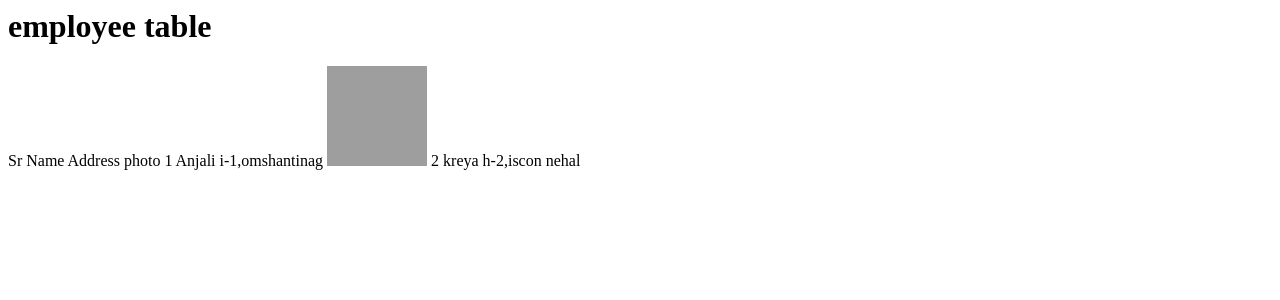
Repository: pratixa-chauhan/practice
Page: style/table2.html
These files come from the project's save history. The page is drawn as it stood at one moment and after the next save; the edit follows.
The browser window is 1280 px wide. The pictures show the whole page.
Pictures or frames that could not be fetched are drawn as grey boxes.

Above is the page before, as saved 2021-12-16 16:51:22.

After the next save:
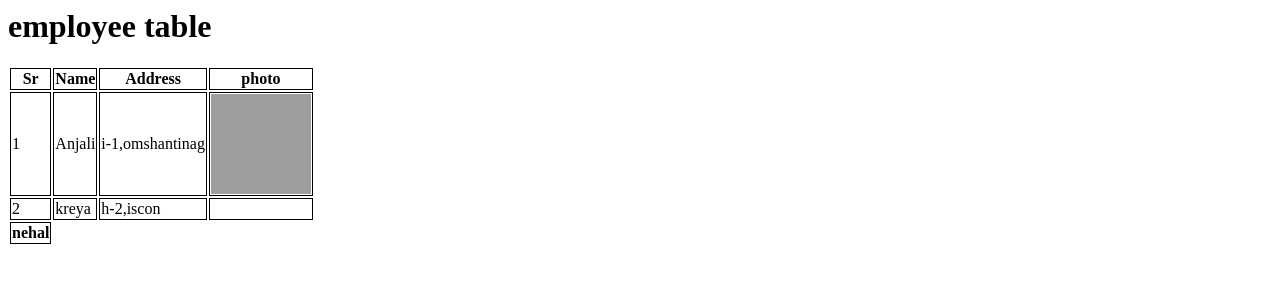
Saved 2 min 40 s later.
--- a/style/table2.html
+++ b/style/table2.html
@@ -7,7 +7,7 @@
 
     </style>
     <h1>employee table</h1>
-    <table style="withd:500%"></table>
+    <table style="withd:100%">
     <tr>
         <th>Sr</th>
         <th>Name</th>
@@ -31,5 +31,7 @@
 
         <th>nehal</th>
     </tr>
+    </table>
+
 
 </html>
